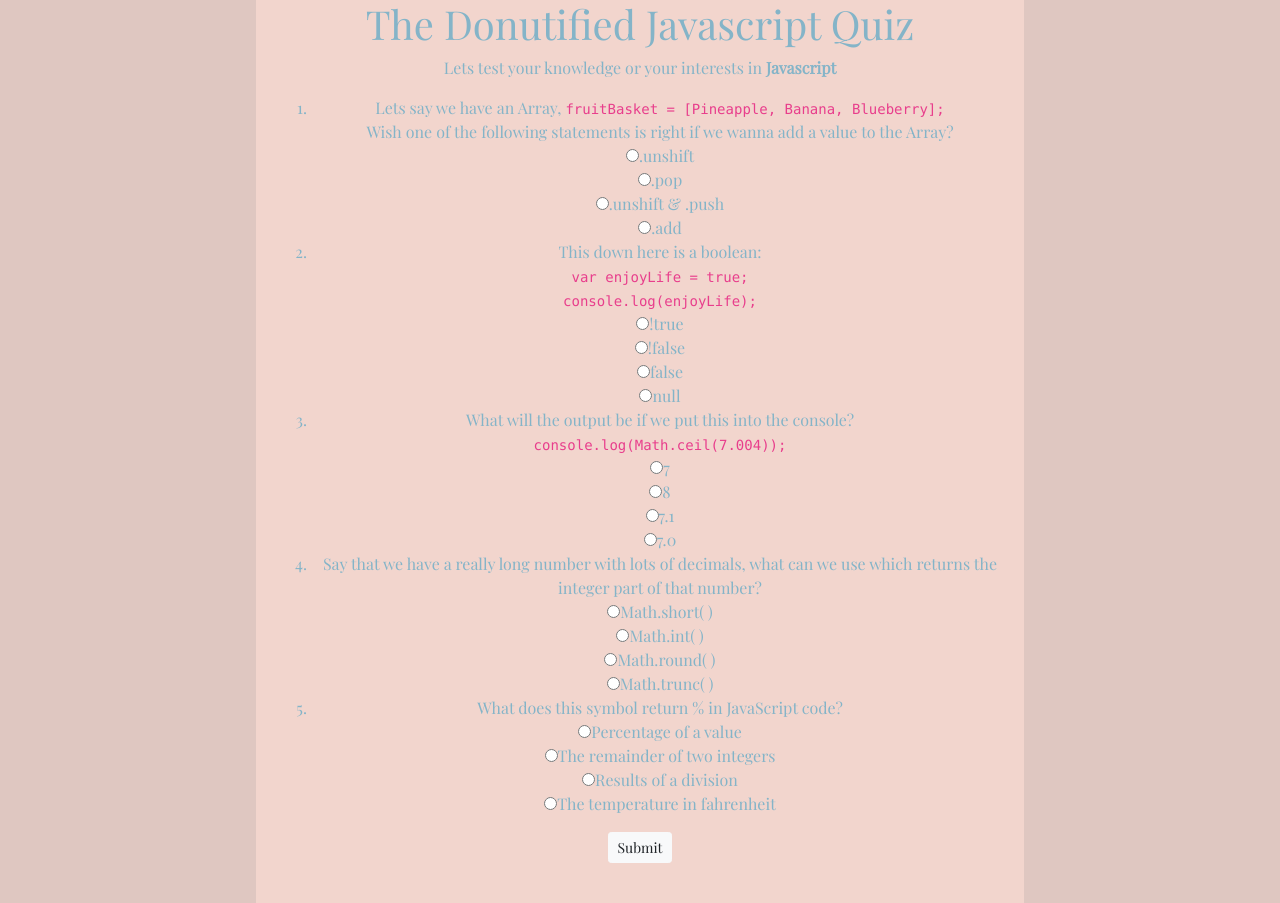
Repository: CharlotteAneriksson/donutQuiz
Page: index.html
The author's editor kept a record of every edit. The page is drawn from the files as they stood at one moment, then again after the next edit.
The browser window is 1280 px wide. The pictures show the whole page.

Above is the page before.

### index.html
<!DOCTYPE html>
<html lang="en">
<head>
    <meta charset="UTF-8">
    <meta name="viewport" content="width=device-width, initial-scale=1.0">
    <meta http-equiv="X-UA-Compatible" content="ie=edge">
    <title>JavaScript Quiz</title>

    <link href="https://fonts.googleapis.com/css?family=Playfair+Display&display=swap" rel="stylesheet">
    <link rel="stylesheet" href="https://stackpath.bootstrapcdn.com/bootstrap/4.3.1/css/bootstrap.min.css" type="text/css" />
    <link rel="stylesheet" href="css/style.css" type="text/css" >
    <script type="text/javascript" src="scripts/main.js"></script>
</head>
<body>
    <div class="container text-center">
        <header>
            <h1 class="text-capitalize">the donutified javascript quiz</h1>
            <p>Lets test your knowledge or your interests in <strong>Javascript</strong></p>
        </header>

        <section class="questions">
            <form id="quiz" name="quiz">
                <ol>
                    <li>
                        Lets say we have an Array, <code>fruitBasket = [Pineapple, Banana, Blueberry];</code><br />
                        Wish one of the following statements is right if we wanna add a value to the Array?<br />

                        <input type="radio" id="multiAnswere" name="question1" value="unshift"/><span>.unshift</span><br />
                        <input type="radio" id="multiAnswere" name="question1" value="pop"/><span>.pop</span><br />
                        <input type="radio" id="multiAnswere" name="question1" value="unshiftPush"/><span>.unshift & .push</span><br />
                        <input type="radio" id="multiAnswere" name="question1" value="add"/><span>.add</span><br />
                    </li>
                    <li>
                        This down here is a boolean: <br />
                        <code>var enjoyLife = true;</code><br />
                        <code>console.log(enjoyLife);</code><br />

                        <input type="radio" id="multiAnswere" name="question2" value="!true"/><span>!true</span><br />
                        <input type="radio" id="multiAnswere" name="question2" value="!false"/><span>!false</span><br />
                        <input type="radio" id="multiAnswere" name="question2" value="false"/><span>false</span><br />
                        <input type="radio" id="multiAnswere" name="question2" value="null"/><span>null</span><br />
                    </li>
                    <li>
                        What will the output be if we put this into the console?<br />
                        <code>console.log(Math.ceil(7.004));</code><br />

                       <input type="radio" id="multiAnswere" name="question3" value="7"/><span>7</span><br />
                       <input type="radio" id="multiAnswere" name="question3" value="8"/><span>8</span><br />
                       <input type="radio" id="multiAnswere" name="question3" value="7.1"/><span>7.1</span><br />
                       <input type="radio" id="multiAnswere" name="question3" value="7.0"/><span>7.0</span><br />
                    </li>
                    <li>
                        Say that we have a really long number with lots of decimals, what can we use which returns the integer part of that number?<br />

                       <input type="radio" id="multiAnswere" name="question4" value="short"/><span>Math.short&#40; &#41;</span><br />
                       <input type="radio" id="multiAnswere" name="question4" value="int"/><span>Math.int&#40; &#41;</span><br />
                       <input type="radio" id="multiAnswere" name="question4" value="round"/><span>Math.round&#40; &#41;</span><br />
                       <input type="radio" id="multiAnswere" name="question4" value="trunc"/><span>Math.trunc&#40; &#41;</span><br />
                    </li>
                    <li>
                        What does this symbol return &#37; in JavaScript code?<br />

                       <input type="radio" id="multiAnswere" name="question5" value="percentage"/><span></span>Percentage of a value</span><br />
                       <input type="radio" id="multiAnswere" name="question5" value="remainder"/><span></span>The remainder of two integers</span><br />
                       <input type="radio" id="multiAnswere" name="question5" value="division"/><span></span>Results of a division</span><br />
                       <input type="radio" id="multiAnswere" name="question5" value="fahrenheit"/><span></span>The temperature in fahrenheit</span><br />
                    </li>
                </ol>

                <button type="button" id="submit" class="btn btn-light btn-sm" onclick="check();">Submit</button>


            </form>
            <div id="submit-results">
                <p id="correct-score"></p>
                <p id="messege"></p>
                <img id="score-in-donuts">
            </div>


        </section>
    </div>
</body>
</html>

### css/style.css
body{
    margin: 0;
    padding: 0;
    width:100%;
    background-color:#dfc7c1;
    font-family: 'Playfair Display', sans-serif ;
}

.container{
    width:60%;
    margin: 0 auto;
    background-color:#f2d5cd;
    color:#84b4c8;
}

### scripts/main.js
function check(){

   var question1 = document.quiz.question1.value;
   var question2 = document.quiz.question2.value;
   var question3 = document.quiz.question3.value;
   var question4 = document.quiz.question4.value;
   var question5 = document.quiz.question5.value;
   var correct = 0;

        if (question1 == "unshiftPush"){
       correct++;
    }
        if (question2 == "!false"){
       correct++;
    }
        if (question3 == "8"){
            correct++;
    }
        if (question4 == "trunc"){
            correct++;
    }
        if (question5 == "remainder"){
            correct++;
        }

   var messege = ["Great, you got them all!", "Almost there!", "You did okey...", "Oh come on, did you even try?"];
   var donuts = ["img/0-5.png", "img/1-5.png", "img/2-5.png", "img/3-5.png", "img/4-5.png", "img/5-5.png"];
   var score;

        if (correct <= 2) {
            score = 3;
        }
        if (correct == 3){
            score = 2;
        }
        if (correct == 4){
            score = 1;
        }
        if (correct == 5){
            score = 0;
        }

    document.getElementById("submit-results").style.visibility = "visible";

    document.getElementById("messege").innerHTML = messege[score];
    document.getElementById("correct-score").innerHTML = `You got ${correct} correct answers.`;
    document.getElementById("score-in-donuts").src = donuts[correct];


   //Empty inputs

}

After the next edit:
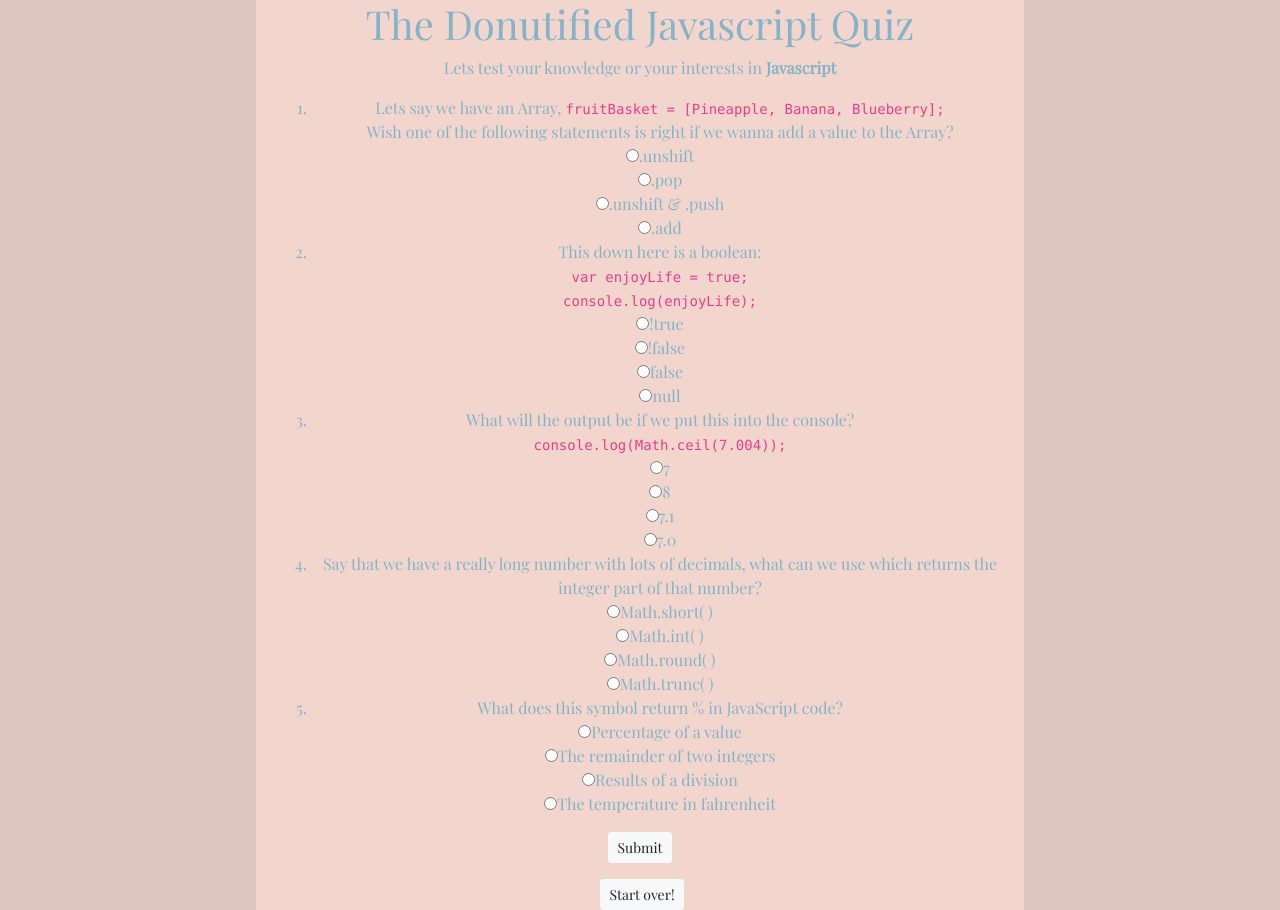
The edit:
--- a/index.html
+++ b/index.html
@@ -75,6 +75,7 @@
                 <p id="correct-score"></p>
                 <p id="messege"></p>
                 <img id="score-in-donuts">
+                <button type="button" id="startOver" class="btn btn-light btn-sm" onclick="window.location.href='index.html'">Start over!</button>
             </div>
 
 
